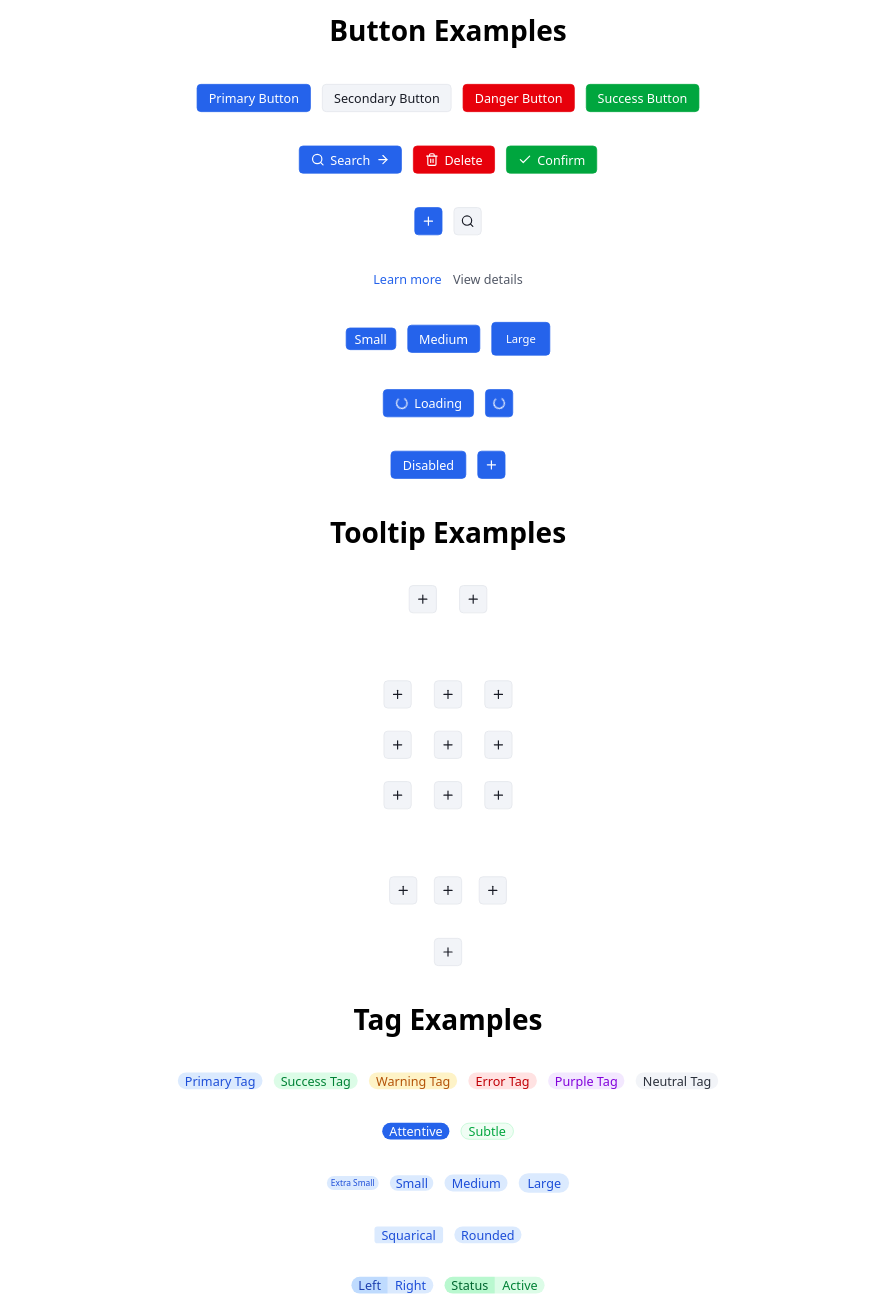
Repository: vinit-juspay/design-system
Page: /
These files come from the project's save history. The page is drawn as it stood at one moment and after the next save; the edit follows.
The browser window is 1280 px wide. The pictures show the whole page, at 70% of full size.
Some web fonts or font styles are not loaded; a fallback is used. The project was rebuilt for these pictures with package versions that can differ from the ones it lists, and the page was loaded fresh each time. Also part of the build but not shown: vite.config.ts, src/components/button/Button.utils.ts, src/components/button/Button.tsx.

Above is the page before, as saved 2025-04-05 18:28:30.

### index.html
<!doctype html>
<html lang="en">
  <head>
    <meta charset="UTF-8" />
    <meta name="viewport" content="width=device-width, initial-scale=1.0" />
    <link rel="preconnect" href="https://fonts.googleapis.com">
    <link rel="preconnect" href="https://fonts.gstatic.com" crossorigin>
    <link href="https://fonts.googleapis.com/css2?family=Inter+Display:wght@400;500;600;700&family=JetBrains+Mono:wght@400;500;600;700&display=swap" rel="stylesheet">
    <title>Juspay Design System</title>
  </head>
  <body>
    <div id="root"></div>
    <script type="module" src="/src/main.tsx"></script>
  </body>
</html>

### src/index.ts
import './index.css';

export type { ButtonProps, ButtonType, ButtonSize } from './components/button/Button.types';
export { default as Button } from './components/button/Button';

export type { TooltipProps, TooltipSize, TooltipArrow, SlotDirection } from './components/tooltip/Tooltip.types';
export { default as Tooltip } from './components/tooltip/Tooltip';

### lib/main.ts
import '../src/index.css';

export { default as Button } from './components/Button/Button';
export { default as Tag, SplitTag } from './components/Tags/Tags';

### src/components/tooltip/Tooltip.tsx
import * as React from 'react';
import * as RadixTooltip from '@radix-ui/react-tooltip';
import { TooltipProps } from './Tooltip.types';
import { getTooltipClassNames, getArrowStyles, getContentContainerClassNames, getSlotClassNames } from './Tooltip.utils';

/**
 * Tooltip component built on top of Radix UI tooltip primitive
 * Provides contextual information when hovering over elements
 *
 * @component
 * @example
 * // Basic usage
 * <Tooltip content="This is a tooltip">
 *   <Button>Hover me</Button>
 * </Tooltip>
 *
 * // With custom slot (e.g. icon)
 * <Tooltip content="Custom tooltip" arrow="right" hasSlot slot={InfoIcon} slotDirection="left">
 *   <span>Hover for info</span>
 * </Tooltip>
 */

const Tooltip = React.forwardRef<
  React.ElementRef<typeof RadixTooltip.Content>,
  TooltipProps
>(({
  children,
  content,
  size = 'sm',
  arrow = 'default',
  hasSlot = false,
  slotDirection = 'left',
  slot: Slot,
  providerProps = { delayDuration: 300 },
  rootProps,
  contentProps,
}, ref) => {
  const tooltipClassNames = getTooltipClassNames(size);
  const { arrowClassName, side, align, showArrow } = getArrowStyles(arrow);
  const contentContainerClassNames = getContentContainerClassNames();

  return (
    <RadixTooltip.Provider delayDuration={providerProps.delayDuration}>
      <RadixTooltip.Root {...rootProps}>
        <RadixTooltip.Trigger asChild>
          {children}
        </RadixTooltip.Trigger>
        <RadixTooltip.Portal>
          <RadixTooltip.Content
            ref={ref}
            sideOffset={5}
            side={side as RadixTooltip.TooltipContentProps['side']}
            align={align as RadixTooltip.TooltipContentProps['align']}
            className={tooltipClassNames}
            {...contentProps}
          >
            <div className={contentContainerClassNames}>
              {hasSlot && slotDirection === 'left' && Slot && (
                <Slot className={getSlotClassNames('left')} />
              )}
              {content}
              {hasSlot && slotDirection === 'right' && Slot && (
                <Slot className={getSlotClassNames('right')} />
              )}
            </div>
            {showArrow && <RadixTooltip.Arrow className={arrowClassName} />}
          </RadixTooltip.Content>
        </RadixTooltip.Portal>
      </RadixTooltip.Root>
    </RadixTooltip.Provider>
  );
});

Tooltip.displayName = 'Tooltip';

export default Tooltip;

### lib/components/Button/Button.tsx
import * as React from 'react';
import { Loader2 } from 'lucide-react';
import { ButtonProps } from './types';
import { cn } from '../../utils';
import { getButtonClassNames, getIconClassNames, getTextClassNames } from './utils';

const Button = React.forwardRef<HTMLButtonElement, ButtonProps>(
  ({
    buttonType = 'primary',
    size = 'md',
    subType = 'default',
    text,
    leadingIcon: LeadingIcon,
    trailingIcon: TrailingIcon,
    isLoading = false,
    isDisabled = false,
    className,
    children,
    ...props
  }, ref) => {
    const baseClassNames = getButtonClassNames(buttonType, size, subType);
    const iconClassNames = getIconClassNames(size, isLoading);
    const textClassNames = getTextClassNames(size);

    return (
      <button
        ref={ref}
        disabled={isDisabled || isLoading}
        className={cn(baseClassNames, className)}
        {...props}
      >
        {isLoading && (
          <Loader2 className={iconClassNames} />
        )}
        {!isLoading && LeadingIcon && (
          <LeadingIcon className={iconClassNames} />
        )}
        {(text || children) && (
          <span className={textClassNames}>{text || children}</span>
        )}
        {!isLoading && TrailingIcon && (
          <TrailingIcon className={iconClassNames} />
        )}
      </button>
    );
  }
);

Button.displayName = 'Button';

export default Button;

### lib/components/Tags/Tags.tsx
import * as React from 'react';
import { TagProps, SplitTagProps } from './types';
import { cn } from '../../utils';
import { getTagClassNames, getSplitTagClassNames } from './utils';

const Tag = React.forwardRef<HTMLDivElement, TagProps>(
  ({
    variant = 'default',
    tagStyle = 'rounded',
    size = 'md',
    color = 'neutral',
    label,
    leadingIcon: LeadingIcon,
    trailingIcon: TrailingIcon,
    className,
    children,
    ...props
  }, ref) => {
    const baseClassNames = getTagClassNames(variant, tagStyle, size, color);

    if (variant === 'splitTags') {
      return null; // SplitTag component should be used instead
    }

    return (
      <div
        ref={ref}
        className={cn(baseClassNames, className)}
        {...props}
      >
        {LeadingIcon && (
          <LeadingIcon className="h-3 w-3" />
        )}
        {(label || children) && (
          <span>{label || children}</span>
        )}
        {TrailingIcon && (
          <TrailingIcon className="h-3 w-3" />
        )}
      </div>
    );
  }
);

Tag.displayName = 'Tag';

export const SplitTag = React.forwardRef<HTMLDivElement, SplitTagProps>(
  ({
    tagStyle = 'rounded',
    size = 'md',
    color = 'neutral',
    leftLabel,
    rightLabel,
    leftIcon: LeftIcon,
    rightIcon: RightIcon,
    className,
    ...props
  }, ref) => {
    return (
      <div
        ref={ref}
        className={cn("inline-flex", className)}
        {...props}
      >
        <div className={getSplitTagClassNames(tagStyle, size, color, true)}>
          {LeftIcon && <LeftIcon className="h-3 w-3" />}
          {leftLabel && <span>{leftLabel}</span>}
        </div>
        <div className={getSplitTagClassNames(tagStyle, size, color, false)}>
          {rightLabel && <span>{rightLabel}</span>}
          {RightIcon && <RightIcon className="h-3 w-3" />}
        </div>
      </div>
    );
  }
);

SplitTag.displayName = 'SplitTag';

export default Tag;

### src/components/tooltip/Tooltip.utils.ts
import { TooltipSize, TooltipArrow } from './Tooltip.types';
import { themeConfig } from '../../themeConfig';
import { cn } from '../../lib/utils';

/**
 * Generates the appropriate class names for a tooltip based on its size
 *
 * @param {TooltipSize} size - The size of the tooltip (sm or lg)
 * @returns {string} Combined Tailwind CSS class names for the tooltip
 */
export const getTooltipClassNames = (size: TooltipSize): string => {
  const theme = themeConfig.euler.tooltip;
  const tooltipSize = theme.sizes[size];

  return cn(
    theme.baseStyles,
    tooltipSize.padding,
    tooltipSize.fontSize,
    tooltipSize.borderRadius,
    tooltipSize.maxWidth
  );
};

/**
 * Generates the appropriate class names for the slot based on its direction
 *
 * @param {string} direction - The direction of the slot ('left' or 'right')
 * @returns {string} Combined Tailwind CSS class names for the slot
 */
export const getSlotClassNames = (direction: 'left' | 'right'): string => {
  return cn(
    'h-4 w-4',
    direction === 'left' ? 'mr-2' : 'ml-2'
  );
};

/**
 * Generates the appropriate class names for a tooltip arrow based on its position
 *
 * @param {TooltipArrow} arrow - The position of the arrow
 * @returns {object} Object containing arrow classes and side/align props for Radix UI
 */
export const getArrowStyles = (arrow: TooltipArrow) => {
  const theme = themeConfig.euler.tooltip;

  // Default positioning (top arrow)
  let side = 'top';
  let align = 'center';
  let showArrow = true;

  switch (arrow) {
    case 'right':
      side = 'left';
      align = 'center';
      break;
    case 'left':
      side = 'right';
      align = 'center';
      break;
    case 'bottomCenter':
      side = 'bottom';
      align = 'center';
      break;
    case 'bottomLeft':
      side = 'bottom';
      align = 'start';
      break;
    case 'bottomRight':
      side = 'bottom';
      align = 'end';
      break;
    case 'topCenter':
      side = 'top';
      align = 'center';
      break;
    case 'topLeft':
      side = 'top';
      align = 'start';
      break;
    case 'topRight':
      side = 'top';
      align = 'end';
      break;
    case 'none':
      showArrow = false;
      break;
    default:
      // Default is top with center alignment
      break;
  }

  return {
    arrowClassName: cn(theme.arrow.baseStyles),
    side,
    align,
    showArrow
  };
};

/**
 * Generates the appropriate class names for the content container of the tooltip
 *
 * @returns {string} Combined Tailwind CSS class names for the tooltip content
 */
export const getContentContainerClassNames = (): string => {
  const theme = themeConfig.euler.tooltip;

  return cn(
    'flex',
    theme.content.baseStyles
  );
};

### lib/components/Button/utils.ts
import { ButtonSize, ButtonType, ButtonSubType } from './types';
import { themeConfig } from '../../themeConfig';
import { cn } from '../../utils';

export const getButtonClassNames = (
  type: ButtonType,
  size: ButtonSize,
  subType: ButtonSubType
): string => {
  const theme = themeConfig.euler.button;
  const buttonType = theme.buttonType[type];
  const buttonSize = theme.sizes[size];

  const baseClasses = `
    inline-flex items-center justify-center
    transition-all duration-200
    focus-visible:outline-primary-200 focus-visible:outline-2
    focus:outline-primary-200 focus:outline-2
    disabled:pointer-events-none
  `;

  if (subType === 'link') {
    return cn(
      baseClasses,
      buttonSize.fontSize,
      theme.linkColors[type].text,
      theme.linkColors[type].hover,
      theme.linkColors[type].focus
    );
  }

  if (subType === 'iconOnly') {
    return cn(
      baseClasses,
      buttonSize.height,
      'aspect-square p-0',
      buttonType.backgroundColor,
      buttonType.textColor,
      buttonType.hoverBackgroundColor,
      buttonType.activeBackgroundColor,
      buttonType.borderColor,
      buttonType.disabledBackgroundColor,
      theme.borderRadius
    );
  }

  return cn(
    baseClasses,
    buttonSize.height,
    buttonSize.padding,
    buttonSize.fontSize,
    buttonSize.gap,
    buttonType.backgroundColor,
    buttonType.textColor,
    buttonType.hoverBackgroundColor,
    buttonType.activeBackgroundColor,
    buttonType.borderColor,
    buttonType.disabledBackgroundColor,
    theme.borderRadius
  );
};

export const getIconClassNames = (size: ButtonSize, isLoading: boolean): string => {
  const theme = themeConfig.euler.button;
  const buttonSize = theme.sizes[size];

  return cn(
    buttonSize.iconSize,
    isLoading && 'animate-spin'
  );
};

export const getTextClassNames = (size: ButtonSize): string => {
  const theme = themeConfig.euler.button;
  const buttonSize = theme.sizes[size];

  return cn(
    buttonSize.fontSize
  );
};

### lib/components/Tags/utils.ts
import { TagVariant, TagStyle, TagSize, TagColor } from './types';
import { themeConfig } from '../../themeConfig';
import { cn } from '../../utils';

export const getTagClassNames = (
  variant: TagVariant,
  tagStyle: TagStyle,
  size: TagSize,
  color: TagColor
): string => {
  // Base classes for all tags
  const baseClasses = `
    inline-flex items-center justify-center
    gap-2 transition-all duration-200
  `;

  // Size-specific classes
  const sizeClasses = {
    xs: 'h-5 text-xs',
    sm: 'h-[22px] text-sm',
    md: 'h-6 text-sm',
    lg: 'h-7 text-sm'
  };

  // Padding based on size
  const paddingClasses = {
    xs: 'px-1.5 py-0.5',
    sm: 'px-2 py-0.75',
    md: 'px-2.5 py-1',
    lg: 'px-3 py-1.5'
  };

  // Style-specific classes (border radius)
  const styleClasses = {
    squarical: 'rounded',
    rounded: 'rounded-full'
  };

  // Color and variant combinations
  const variantColorClasses = {
    default: {
      neutral: 'bg-gray-100 text-gray-700',
      primary: 'bg-blue-100 text-blue-700',
      success: 'bg-green-100 text-green-700',
      error: 'bg-red-100 text-red-700',
      warning: 'bg-amber-100 text-amber-700',
      purple: 'bg-purple-100 text-purple-700'
    },
    attentive: {
      neutral: 'bg-gray-950 text-gray-0',
      primary: 'bg-blue-600 text-gray-0',
      success: 'bg-green-600 text-gray-0',
      error: 'bg-red-600 text-gray-0',
      warning: 'bg-orange-500 text-gray-0',
      purple: 'bg-purple-500 text-gray-0'
    },
    subtle: {
      neutral: 'bg-gray-50 text-gray-600 border border-gray-200',
      primary: 'bg-blue-50 text-blue-600 border border-blue-200',
      success: 'bg-green-50 text-green-600 border border-green-200',
      error: 'bg-red-50 text-red-600 border border-red-200',
      warning: 'bg-amber-50 text-amber-600 border border-amber-200',
      purple: 'bg-purple-50 text-purple-600 border border-purple-200'
    },
    splitTags: {
      neutral: '', // Will be handled separately
      primary: '',
      success: '',
      error: '',
      warning: '',
      purple: ''
    }
  };

  // For splitTags, we'll handle this differently in the component
  if (variant === 'splitTags') {
    return cn(
      baseClasses,
      sizeClasses[size],
      styleClasses[tagStyle]
    );
  }

  return cn(
    baseClasses,
    sizeClasses[size],
    paddingClasses[size],
    styleClasses[tagStyle],
    variantColorClasses[variant][color]
  );
};

export const getSplitTagClassNames = (
  tagStyle: TagStyle,
  size: TagSize,
  color: TagColor,
  isLeft: boolean
): string => {
  // Style-specific classes (border radius)
  const styleClasses = {
    squarical: isLeft ? 'rounded-l' : 'rounded-r',
    rounded: isLeft ? 'rounded-l-full' : 'rounded-r-full'
  };

  // Size-specific classes
  const sizeClasses = {
    xs: 'h-5 text-xs',
    sm: 'h-[22px] text-sm',
    md: 'h-6 text-sm',
    lg: 'h-7 text-sm'
  };

  // Padding based on size
  const paddingClasses = {
    xs: 'px-1.5 py-0.5',
    sm: 'px-2 py-0.75',
    md: 'px-2.5 py-1',
    lg: 'px-3 py-1.5'
  };

  // Color classes for split tags
  const colorClasses = {
    neutral: isLeft ? 'bg-gray-200 text-gray-800' : 'bg-gray-100 text-gray-700',
    primary: isLeft ? 'bg-blue-200 text-blue-800' : 'bg-blue-100 text-blue-700',
    success: isLeft ? 'bg-green-200 text-green-800' : 'bg-green-100 text-green-700',
    error: isLeft ? 'bg-red-200 text-red-800' : 'bg-red-100 text-red-700',
    warning: isLeft ? 'bg-amber-200 text-amber-800' : 'bg-amber-100 text-amber-700',
    purple: isLeft ? 'bg-purple-200 text-purple-800' : 'bg-purple-100 text-purple-700'
  };

  return cn(
    'inline-flex items-center justify-center gap-2',
    sizeClasses[size],
    paddingClasses[size],
    styleClasses[tagStyle],
    colorClasses[color]
  );
};

### lib/themeConfig.ts
// Copy your existing themeConfig.ts file here
// This is a placeholder - use your actual theme config
export const themeConfig = {
  euler: {
    button: {
      buttonType: {
        primary: {
          backgroundColor: 'bg-blue-600',
          textColor: 'text-white',
          hoverBackgroundColor: 'hover:bg-blue-700',
          borderColor: 'border border-blue-600'
        },
        secondary: {
          backgroundColor: 'bg-gray-100',
          textColor: 'text-gray-900',
          hoverBackgroundColor: 'hover:bg-gray-200',
          borderColor: 'border border-gray-200'
        },
        danger: {
          backgroundColor: 'bg-red-600',
          textColor: 'text-white',
          hoverBackgroundColor: 'hover:bg-red-700',
          borderColor: 'border border-red-600'
        },
        success: {
          backgroundColor: 'bg-green-600',
          textColor: 'text-white',
          hoverBackgroundColor: 'hover:bg-green-700',
          borderColor: 'border border-green-600'
        }
      },
      sizes: {
        sm: {
          height: 'h-8',
          padding: 'px-3',
          fontSize: 'text-sm',
          iconSize: 'w-4 h-4',
          gap: 'gap-1.5'
        },
        md: {
          height: 'h-10',
          padding: 'px-4',
          fontSize: 'text-sm',
          iconSize: 'w-5 h-5',
          gap: 'gap-2'
        },
        lg: {
          height: 'h-12',
          padding: 'px-5',
          fontSize: 'text-base',
          iconSize: 'w-5 h-5',
          gap: 'gap-2'
        }
      },
      linkColors: {
        primary: {
          text: 'text-blue-600',
          hover: 'hover:text-blue-700',
          focus: 'focus:text-blue-700'
        },
        secondary: {
          text: 'text-gray-600',
          hover: 'hover:text-gray-700',
          focus: 'focus:text-gray-700'
        },
        danger: {
          text: 'text-red-600',
          hover: 'hover:text-red-700',
          focus: 'focus:text-red-700'
        },
        success: {
          text: 'text-green-600',
          hover: 'hover:text-green-700',
          focus: 'focus:text-green-700'
        }
      },
      borderRadius: 'rounded-md'
    }
  }
};

Loaded but not shown: src/main.tsx (common file); src/index.css (common file); src/lib/utils.ts (common file); lib/utils/index.ts (common file); tailwind.config.js (318 lines, source omitted); src/App.tsx (335 lines, source omitted); src/themeConfig.ts (278 lines, source omitted)

After the next save:
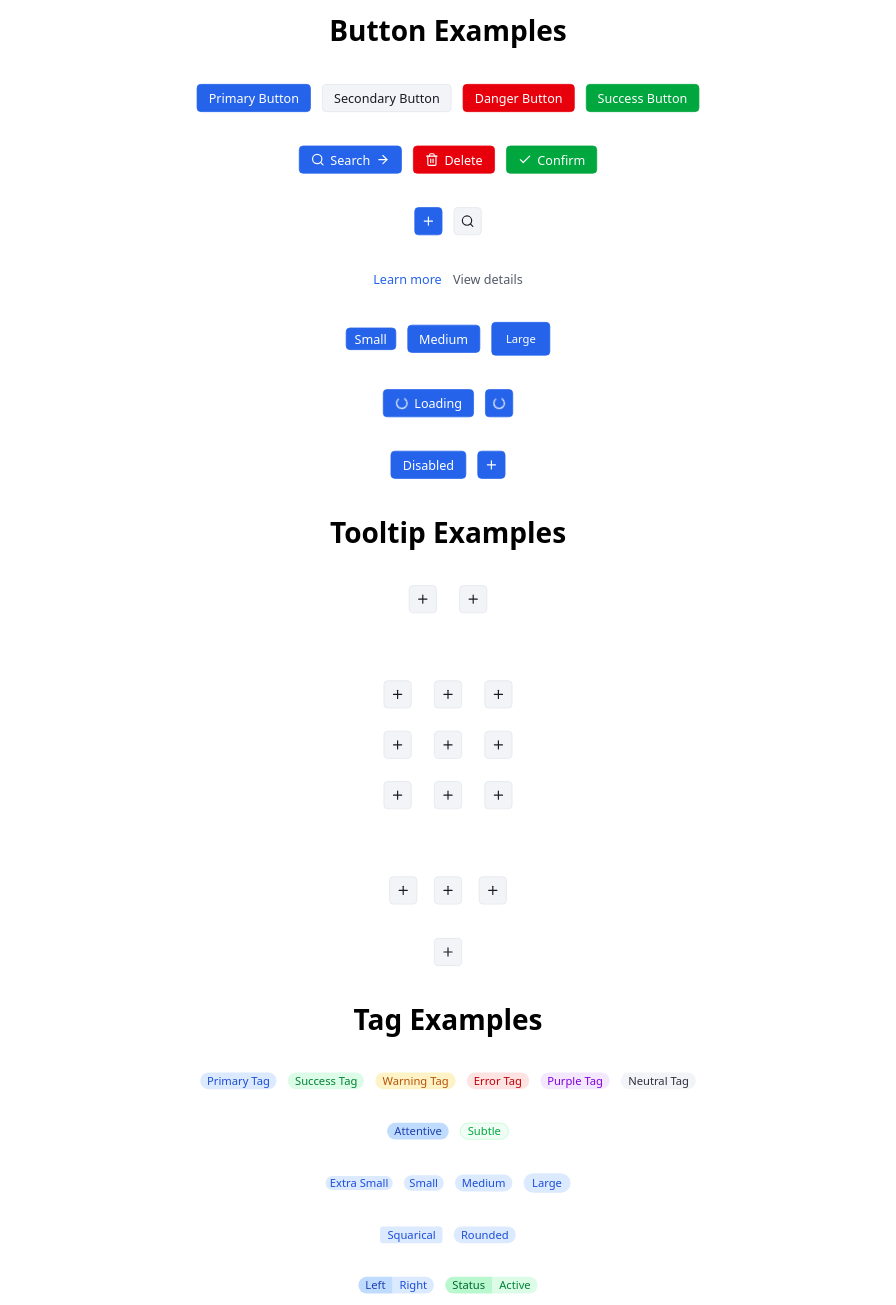
Saved 76 s later.
--- a/lib/components/Tags/utils.ts
+++ b/lib/components/Tags/utils.ts
@@ -14,12 +14,12 @@ export const getTagClassNames = (
     gap-2 transition-all duration-200
   `;
 
-  // Size-specific classes
+  // Size-specific classes with correct font sizes from tailwind config
   const sizeClasses = {
-    xs: 'h-5 text-xs',
-    sm: 'h-[22px] text-sm',
-    md: 'h-6 text-sm',
-    lg: 'h-7 text-sm'
+    xs: 'h-5 text-body-xs',
+    sm: 'h-[22px] text-body-sm',
+    md: 'h-6 text-body-md',
+    lg: 'h-7 text-body-md'
   };
 
   // Padding based on size
@@ -47,12 +47,12 @@ export const getTagClassNames = (
       purple: 'bg-purple-100 text-purple-700'
     },
     attentive: {
-      neutral: 'bg-gray-950 text-gray-0',
-      primary: 'bg-blue-600 text-gray-0',
-      success: 'bg-green-600 text-gray-0',
-      error: 'bg-red-600 text-gray-0',
-      warning: 'bg-orange-500 text-gray-0',
-      purple: 'bg-purple-500 text-gray-0'
+      neutral: 'bg-gray-200 text-gray-800',
+      primary: 'bg-blue-200 text-blue-800',
+      success: 'bg-green-200 text-green-800',
+      error: 'bg-red-200 text-red-800',
+      warning: 'bg-amber-200 text-amber-800',
+      purple: 'bg-purple-200 text-purple-800'
     },
     subtle: {
       neutral: 'bg-gray-50 text-gray-600 border border-gray-200',
@@ -102,12 +102,12 @@ export const getSplitTagClassNames = (
     rounded: isLeft ? 'rounded-l-full' : 'rounded-r-full'
   };
 
-  // Size-specific classes
+  // Size-specific classes with correct font sizes from tailwind config
   const sizeClasses = {
-    xs: 'h-5 text-xs',
-    sm: 'h-[22px] text-sm',
-    md: 'h-6 text-sm',
-    lg: 'h-7 text-sm'
+    xs: 'h-5 text-body-xs',
+    sm: 'h-[22px] text-body-sm',
+    md: 'h-6 text-body-md',
+    lg: 'h-7 text-body-md'
   };
 
   // Padding based on size
